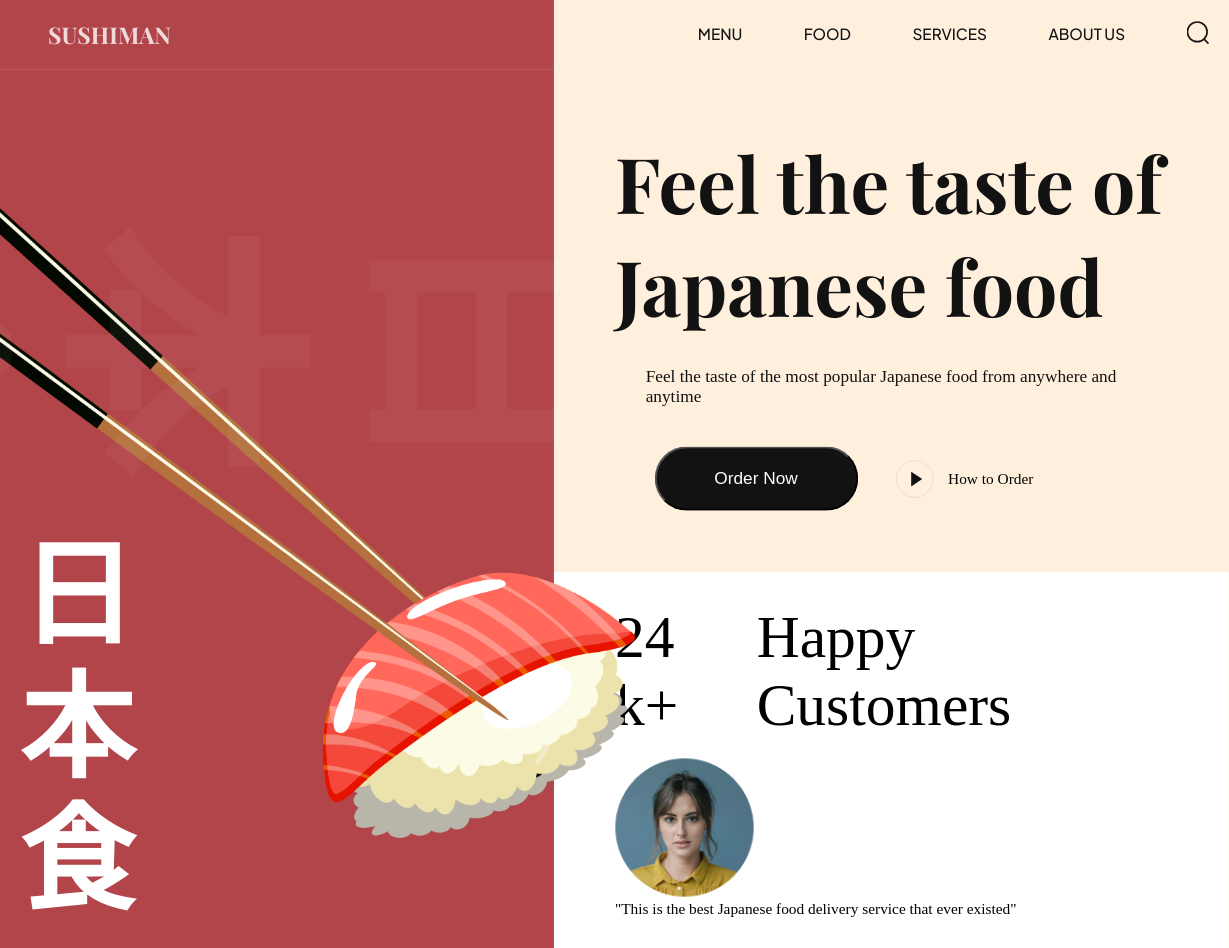
Repository: echoyol/sushiWebsite
Page: index.html
These files come from the project's save history. The page is drawn as it stood at one moment and after the next save; the edit follows.
The browser window is 1280 px wide. The pictures show the whole page, at 96% of full size.

Above is the page before, as saved 2023-06-02 07:27:10.

After the next save:
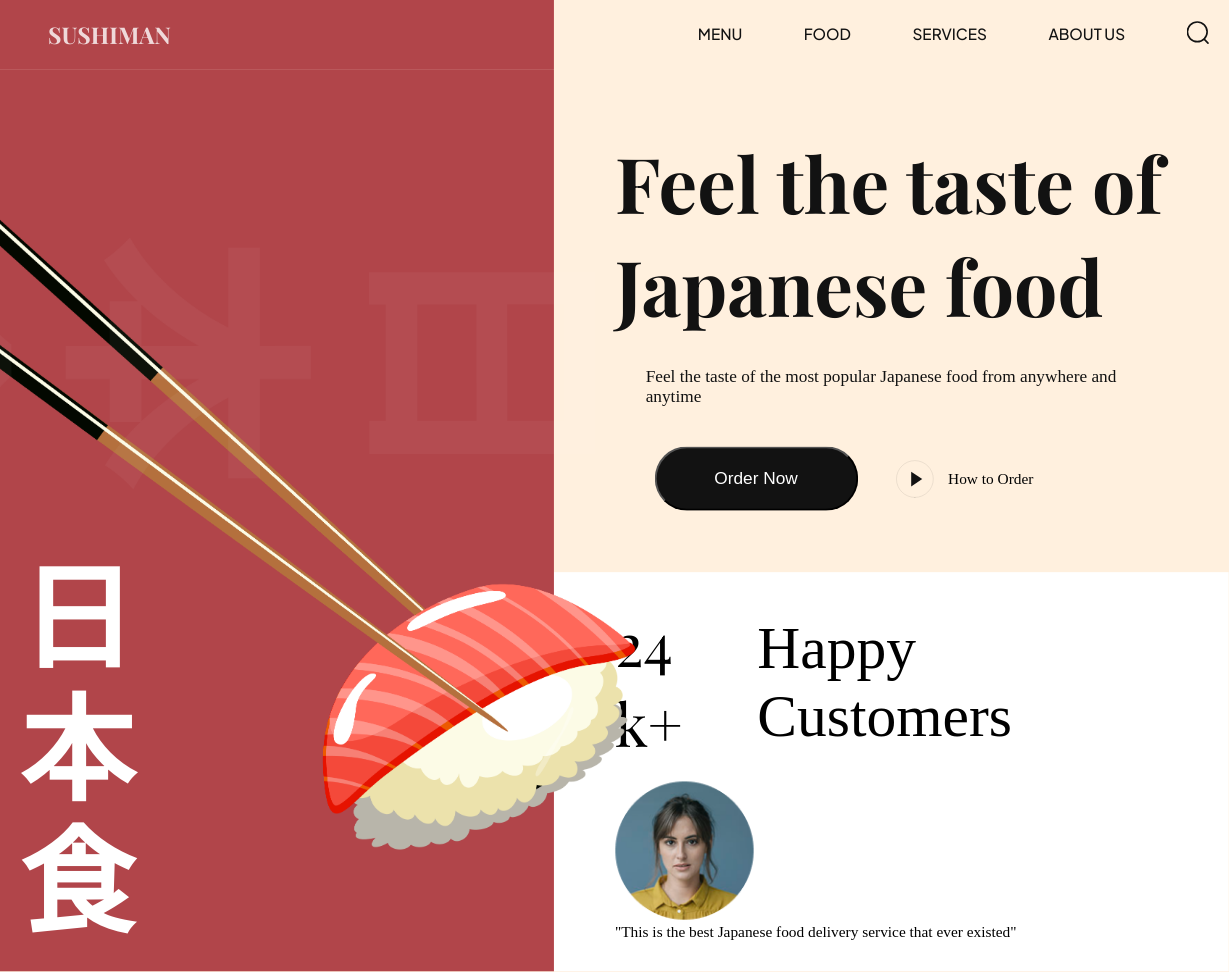
Saved 8 s later.
--- a/css/sections/hero.css
+++ b/css/sections/hero.css
@@ -129,7 +129,7 @@
 .hero-content__customer h4 {
   font-size: 62px;
   font-weight: 400;
-  font-family: var(--playfair-diaplay);
+  font-family: var(--playfair-display);
 }
 
 .hero-content__customer p {
